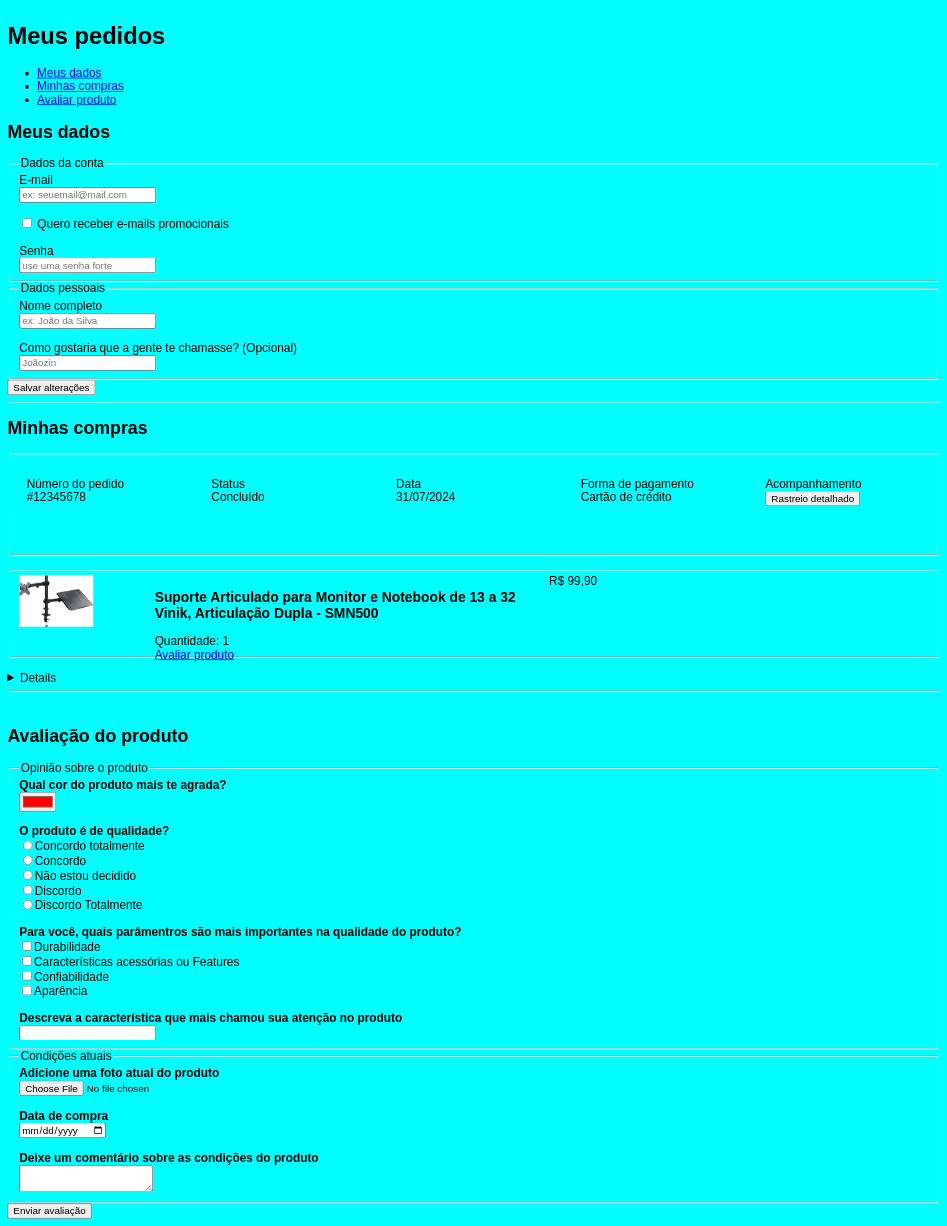
Repository: claudemir-camargo/site-compras
Page: index.html
The author's editor kept a copy of each file at every save. The page is drawn from the files as they stood at one save, then again after the next save.
The browser window is 1280 px wide. The pictures show the whole page, at 74% of full size.

Above is the page before, as saved 2024-03-04 01:21:26.

After the next save:
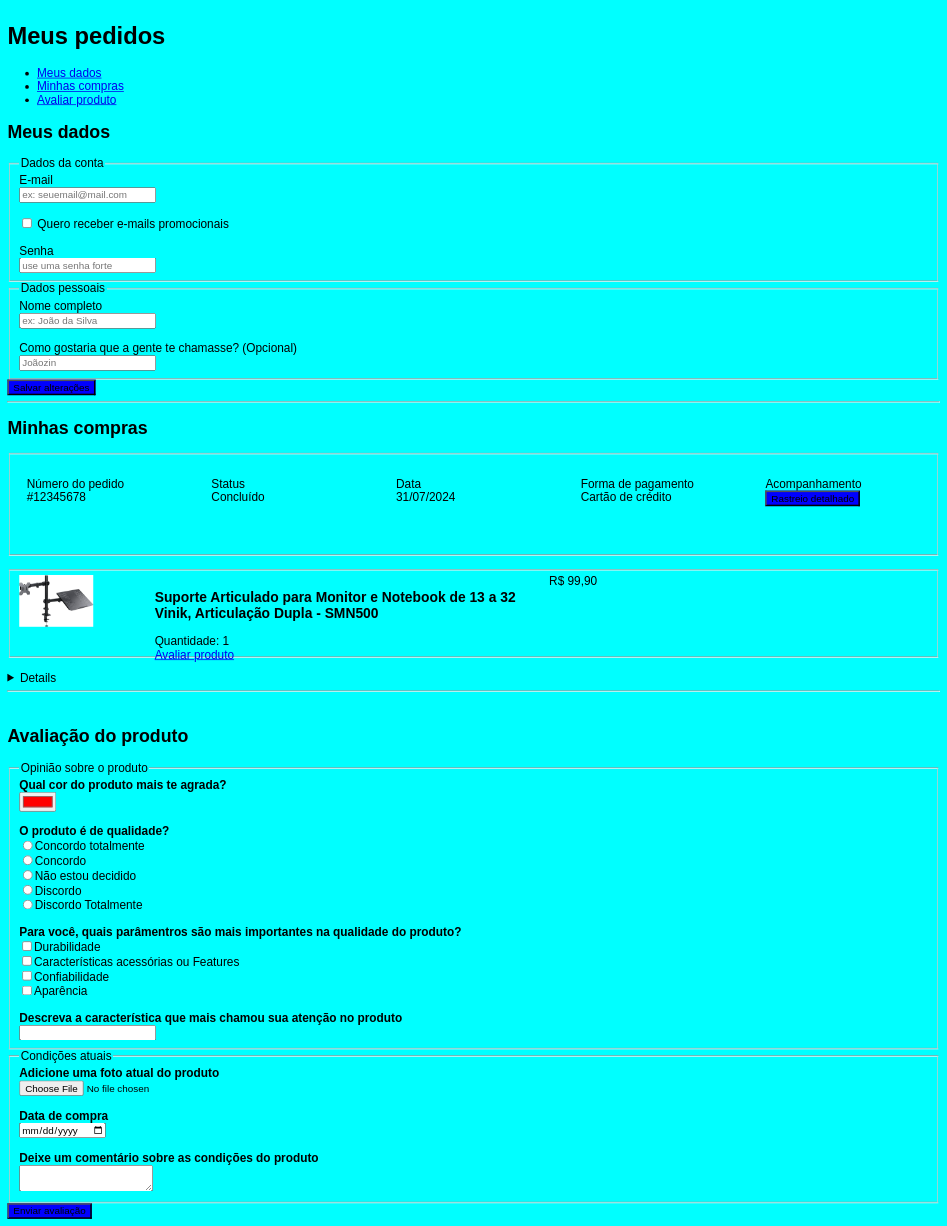
Saved 3 min 12 s later.
--- a/css/style.css
+++ b/css/style.css
@@ -11,6 +11,10 @@ body{
     margin: 5px;
     padding: 5px;
     background-color:aqua
+}
+
+button {
+    background-color:blue;
 }
 
 .container {
